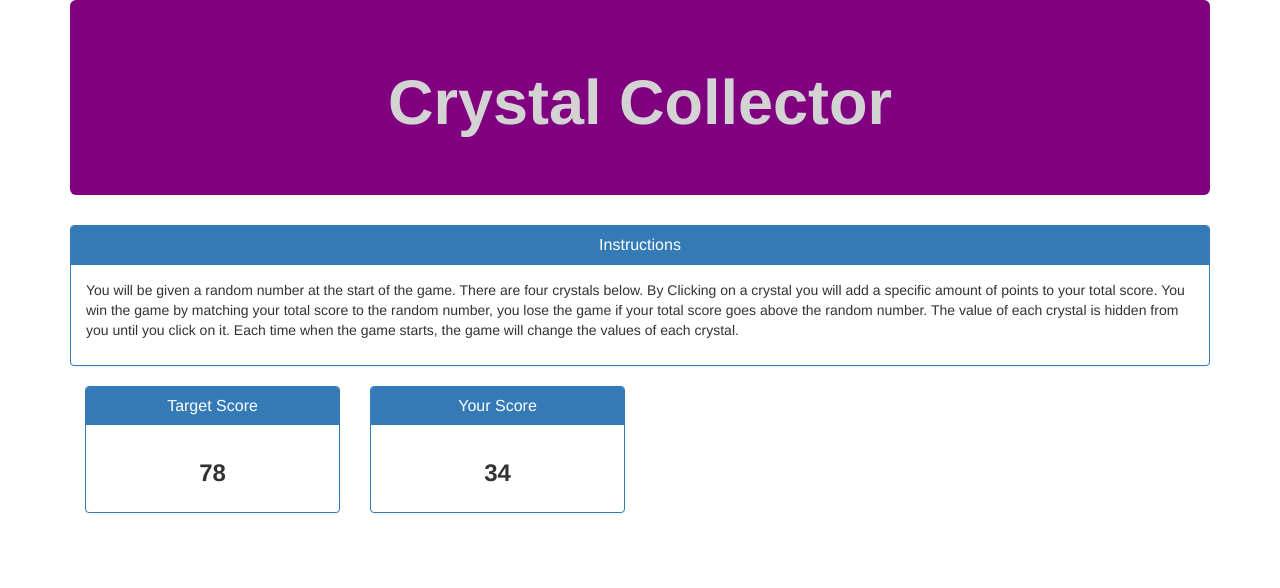
Repository: mikecherry1/week-4-game
Page: index.html
These files come from the project's save history. The page is drawn as it stood at one moment and after the next save; the edit follows.
The browser window is 1280 px wide. The pictures show the whole page.

Above is the page before, as saved 2017-11-19 18:37:16.

### index.html
<!doctype html>
<html lang="en">
  <head>

    <!-- Required meta tags -->
    <meta charset="utf-8">
    <meta name="viewport" content="width=device-width, initial-scale=1, shrink-to-fit=no">

    <!-- Bootstrap CSS -->
    <link rel="stylesheet" <link href="https://maxcdn.bootstrapcdn.com/bootstrap/3.3.7/css/bootstrap.min.css" rel="stylesheet" integrity="sha384-BVYiiSIFeK1dGmJRAkycuHAHRg32OmUcww7on3RYdg4Va+PmSTsz/K68vbdEjh4u"
        crossorigin="anonymous">
  </head>
  <body>

    <div class="container">

        <div class="jumbotron" style= "background-color: purple; color: lightgrey;">
        <div class="container">
            <h1 class="text-center"><strong>Crystal Collector</strong></h1>
        </div>
    </div>

    <div class="row">
        <div class="col-lg-12">
            <div class="panel panel-primary">
                <div class="panel-heading">
                    <h3 class="panel-title text-center">Instructions</h3>
                </div>
                <div class="panel-body">
                    <p>You will be given a random number at the start of the game. There are four crystals below. By Clicking on a crystal you will add a specific amount of points to your total score. You win the game by matching your total score to the random number, you lose the game if your total score goes above the random number. The value of each crystal is hidden from you until you click on it. Each time when the game starts, the game will change the values of each crystal.</p>
            </div>
        </div>
    </div>

    </div>

    <div class="col-lg-3">

        <div class="panel panel-primary">
            <div class="panel-heading">
                <h3 class="panel-title text-center">Target Score</h3>
            </div>
            <div class="panel-body">
                <h3 class="text-center"><strong>78</strong></h3>
            </div>
        </div>
    </div>

        <div class="col-lg-3">

            <div class="panel panel-primary">
                <div class="panel-heading">
                    <h3 class="panel-title text-center">Your Score</h3>
                </div>
                <div class="panel-body">
                    <h3 class="text-center">
                        <strong>34</strong>
                    </h3>
                </div>
            </div>
        </div>

        <div class="col-lg-6"></div>


    </div>
  </body>
</html>

After the next save:
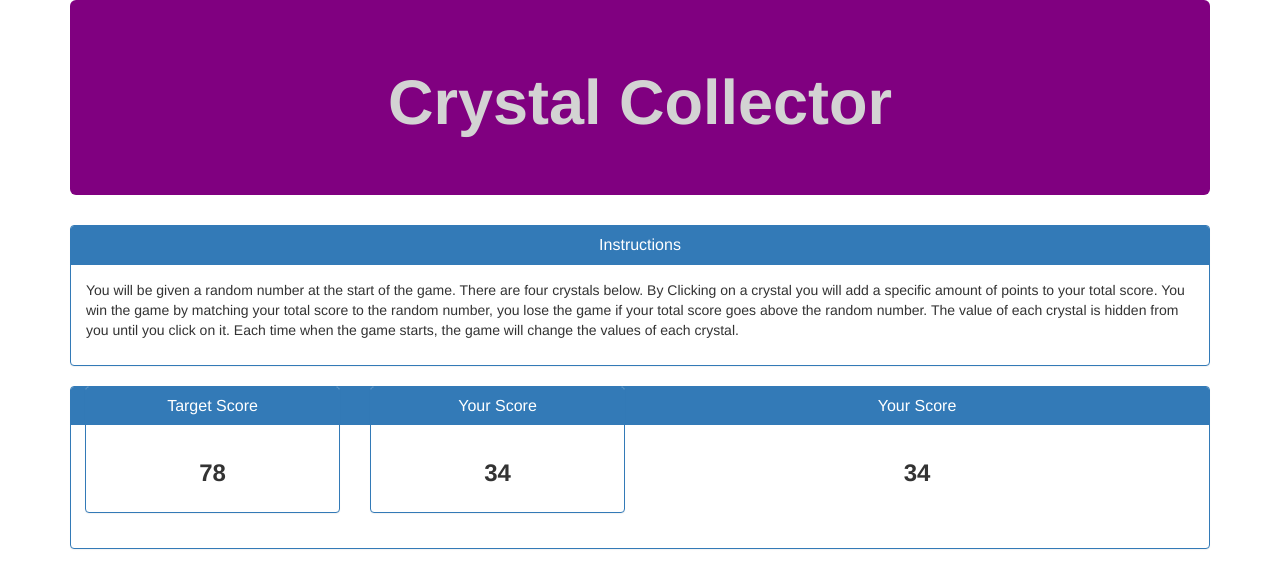
Saved 2 min 43 s later.
--- a/index.html
+++ b/index.html
@@ -61,6 +61,16 @@
         </div>
 
         <div class="col-lg-6"></div>
+            <div class="panel panel-primary">
+                <div class="panel-heading">
+                    <h3 class="panel-title text-center">Your Score</h3>
+                </div>
+                <div class="panel-body">
+                    <h3 class="text-center">
+                        <strong>34</strong>
+                    </h3>
+                </div>
+            </div>
 
 
     </div>
